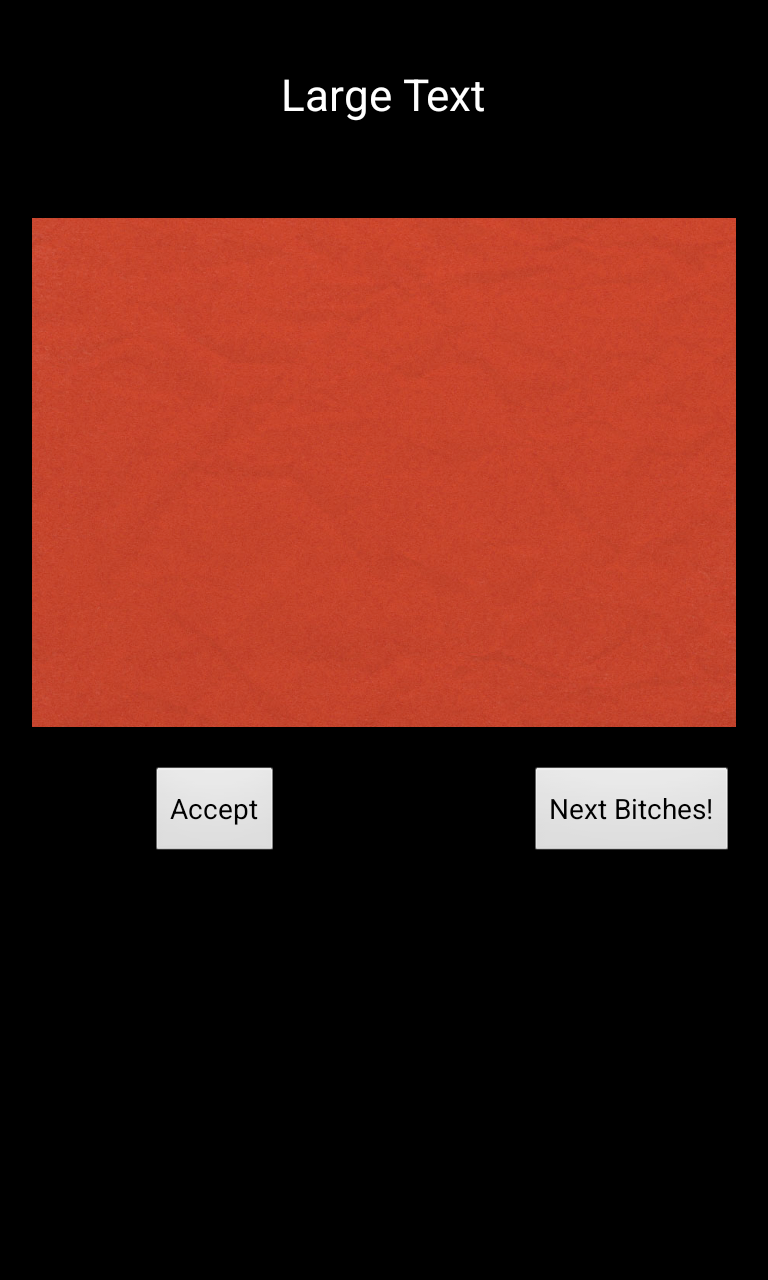
Repository: imhossu/FeedJulia
Layout: FeedJulia/res/layout/activity_place.xml
The author's editor kept a copy of each file at every save. The layout is drawn from the files as they stood at one save, then again after the next save.
It is drawn on a 768 x 1280 px phone screen (xhdpi) without system bars, with theme android:Theme.NoTitleBar; the app's code is not run.

Above is the layout before, as saved 2014-01-26 04:51:25.

After the next save:
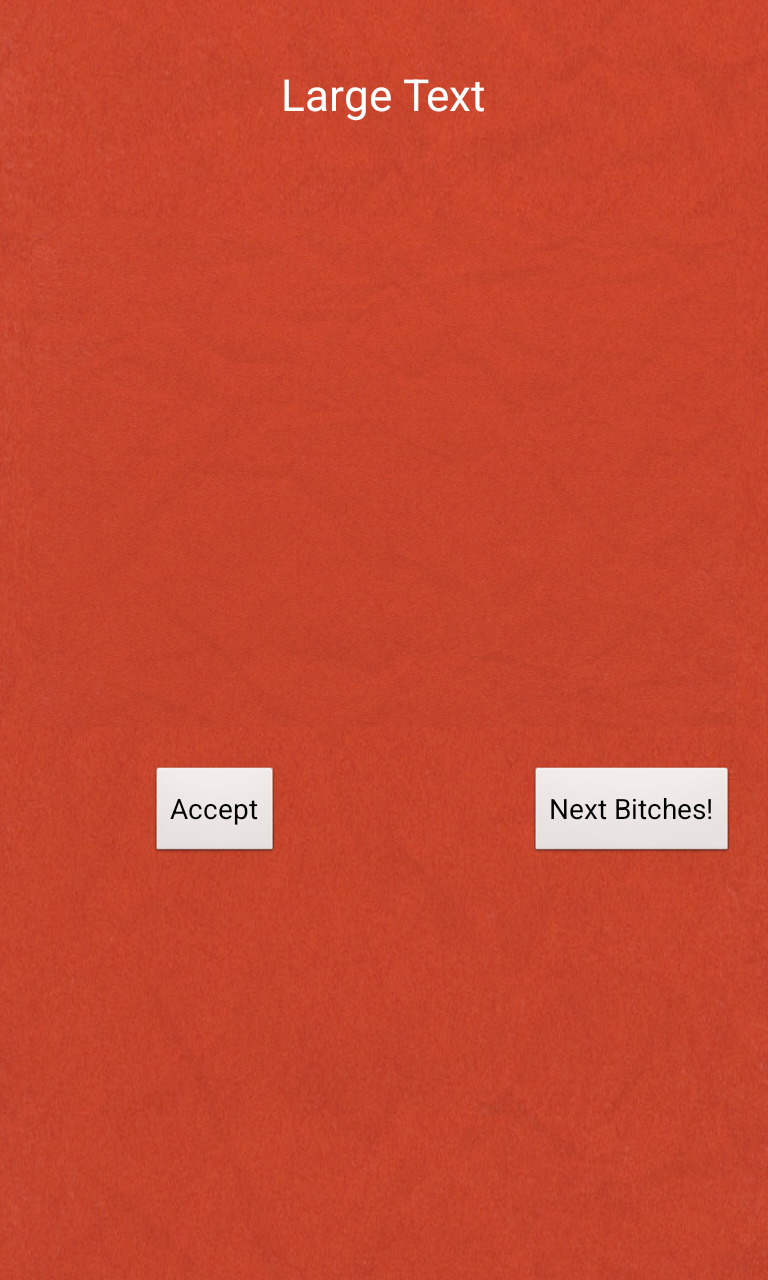
Saved 9 min 19 s later.
--- a/FeedJulia/res/layout/activity_place.xml
+++ b/FeedJulia/res/layout/activity_place.xml
@@ -6,6 +6,7 @@
     android:paddingLeft="@dimen/activity_horizontal_margin"
     android:paddingRight="@dimen/activity_horizontal_margin"
     android:paddingTop="@dimen/activity_vertical_margin"
+    android:background="@drawable/red">
     tools:context=".Place" >
 
     <TextView
